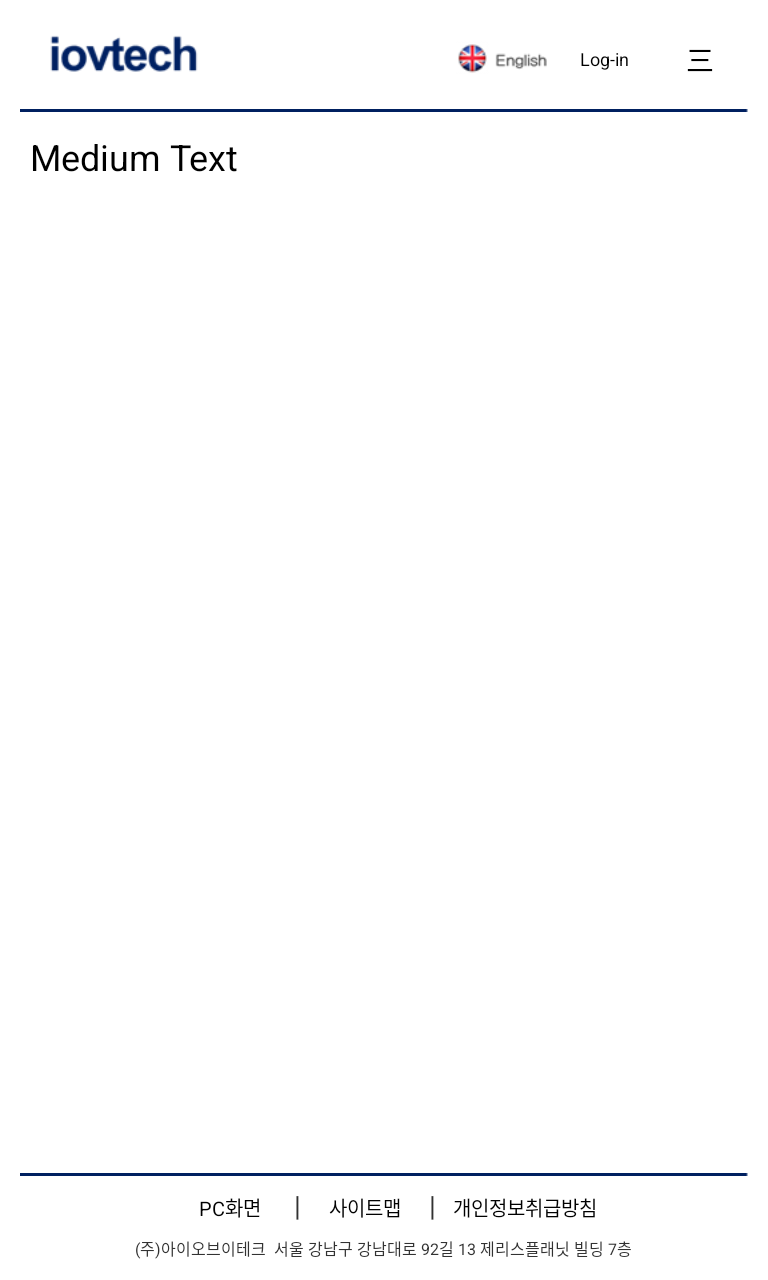
Repository: hyekkyung/CDH_Tutorials
Layout: Mobile_IOV/res/layout/test_page_1.xml
These files come from the project's save history. The layout is drawn as it stood at one moment and after the next save; the edit follows.
It is drawn on a 768 x 1280 px phone screen (xhdpi) without system bars, with theme AppTheme; the app's code is not run.

Above is the layout before, as saved 2015-02-02 07:06:10.

### Mobile_IOV/res/layout/test_page_1.xml
<?xml version="1.0" encoding="utf-8"?>
<RelativeLayout xmlns:android="http://schemas.android.com/apk/res/android"
    android:layout_width="match_parent"
    android:layout_height="match_parent"
    android:paddingLeft="10sp"
    android:paddingRight="10sp"
    android:paddingBottom="10sp"
    android:paddingTop="5sp" >

    <LinearLayout
        android:id="@+id/linearLayout1"
        android:layout_width="wrap_content"
        android:layout_height="wrap_content"
        android:layout_alignParentLeft="true"
        android:layout_alignParentRight="true"
        android:layout_alignParentTop="true" >

        <ImageButton
       		android:id="@+id/home_btn"
            style="?android:attr/buttonStyleSmall"
            android:layout_width="wrap_content"
            android:layout_height="wrap_content"
            android:background="#FFFFFF"
            android:src="@drawable/logo_03" />

        <ImageButton
       		android:id="@+id/kor_btn"
            style="?android:attr/buttonStyleSmall"
            android:layout_width="wrap_content"
            android:layout_height="wrap_content"
            android:background="#FFFFFF"
            android:layout_weight="0.5"
            android:layout_marginLeft="25sp"
            android:onClick="mOnclick" />

        <ImageView
       		android:id="@+id/lang_btn"
            android:layout_width="wrap_content"
            android:layout_height="wrap_content"
            android:background="@drawable/eng_btn"
            android:paddingLeft="3sp"
            android:onClick="mOnclick"
            android:layout_gravity="center" />

        <Button
       		android:id="@+id/join_btn"
            style="?android:attr/buttonStyleSmall"
            android:layout_width="wrap_content"
            android:layout_height="wrap_content"
            android:background="#FFFFFF"
            android:text="Log-in"
            android:textSize="9sp"
            android:layout_gravity="center" />

        <Button
       		android:id="@+id/sub_btn"
            style="?android:attr/buttonStyleSmall"
            android:layout_width="wrap_content"
            android:layout_height="wrap_content"
            android:background="#FFFFFF"
            android:text="三"
            android:layout_gravity="center" />

    </LinearLayout>

    <ImageView
        android:id="@+id/imageView1"
        android:layout_width="wrap_content"
        android:layout_height="wrap_content"
        android:layout_below="@+id/linearLayout1"
        android:layout_centerHorizontal="true"
        android:src="@drawable/sep_line" />

    <TextView
        android:id="@+id/textView1"
        android:layout_width="wrap_content"
        android:layout_height="wrap_content"
        android:layout_alignParentBottom="true"
        android:layout_centerHorizontal="true"
        android:paddingTop="5sp"
        android:text="(주)아이오브이테크  서울 강남구 강남대로 92길 13 제리스플래닛 빌딩 7층"
        android:textSize="8sp" />

    <LinearLayout
        android:id="@+id/linearLayout2"
        android:layout_width="wrap_content"
        android:layout_height="wrap_content"
        android:layout_above="@+id/textView1"
        android:layout_centerHorizontal="true" >

        <Button
            android:id="@+id/pc_btn"
            android:layout_width="wrap_content"
            android:layout_height="20sp"
            android:background="#FFFFFF"
            android:text=" PC화면 "
            android:textSize="10sp" />

        <TextView
            android:layout_width="wrap_content"
            android:layout_height="wrap_content"
            android:text="|"
            android:textAppearance="?android:attr/textAppearanceSmall" />

        <Button
            android:id="@+id/sitemap_btn"
            android:layout_width="wrap_content"
            android:layout_height="20sp"
            android:background="#FFFFFF"
            android:text=" 사이트맵 "
            android:textSize="10sp" />

        <TextView
            android:layout_width="wrap_content"
            android:layout_height="wrap_content"
            android:text="| "
            android:textAppearance="?android:attr/textAppearanceSmall" />

        <Button
            android:id="@+id/personal_btn"
            android:layout_width="wrap_content"
            android:layout_height="20sp"
            android:background="#FFFFFF"
            android:text="  개인정보취급방침 "
            android:textSize="10sp" />
    </LinearLayout>

    <ImageView
        android:id="@+id/imageView3"
        android:layout_width="wrap_content"
        android:layout_height="wrap_content"
        android:layout_above="@+id/linearLayout2"
        android:layout_alignLeft="@+id/imageView1"
        android:paddingTop="5sp"
        android:paddingBottom="5sp"
        android:src="@drawable/sep_line" />

    <LinearLayout
        android:layout_width="wrap_content"
        android:layout_height="wrap_content"
        android:layout_above="@+id/imageView3"
        android:layout_alignParentLeft="true"
        android:layout_alignRight="@+id/imageView3"
        android:layout_below="@+id/imageView1"
        android:paddingBottom="10sp"
        android:paddingRight="10sp"
        android:paddingLeft="5sp"
        android:paddingTop="10sp"
        android:orientation="vertical" >

        <TextView
            android:id="@+id/textView2"
            android:layout_width="wrap_content"
            android:layout_height="wrap_content"
            android:text="Medium Text"
            android:textAppearance="?android:attr/textAppearanceMedium" />

        <ScrollView
            android:id="@+id/scrollView1"
            android:layout_width="match_parent"
            android:layout_height="match_parent" >

            <LinearLayout
                android:layout_width="match_parent"
                android:layout_height="match_parent" >

                <LinearLayout
                    android:layout_width="wrap_content"
                    android:layout_height="match_parent"
                    android:orientation="vertical" >
                </LinearLayout>
            </LinearLayout>

        </ScrollView>

    </LinearLayout>

</RelativeLayout>

Loaded but not shown: Mobile_IOV/res/values/styles.xml (common file); Mobile_IOV/res/values-v11/styles.xml (common file); Mobile_IOV/res/values-v14/styles.xml (common file)

After the next save:
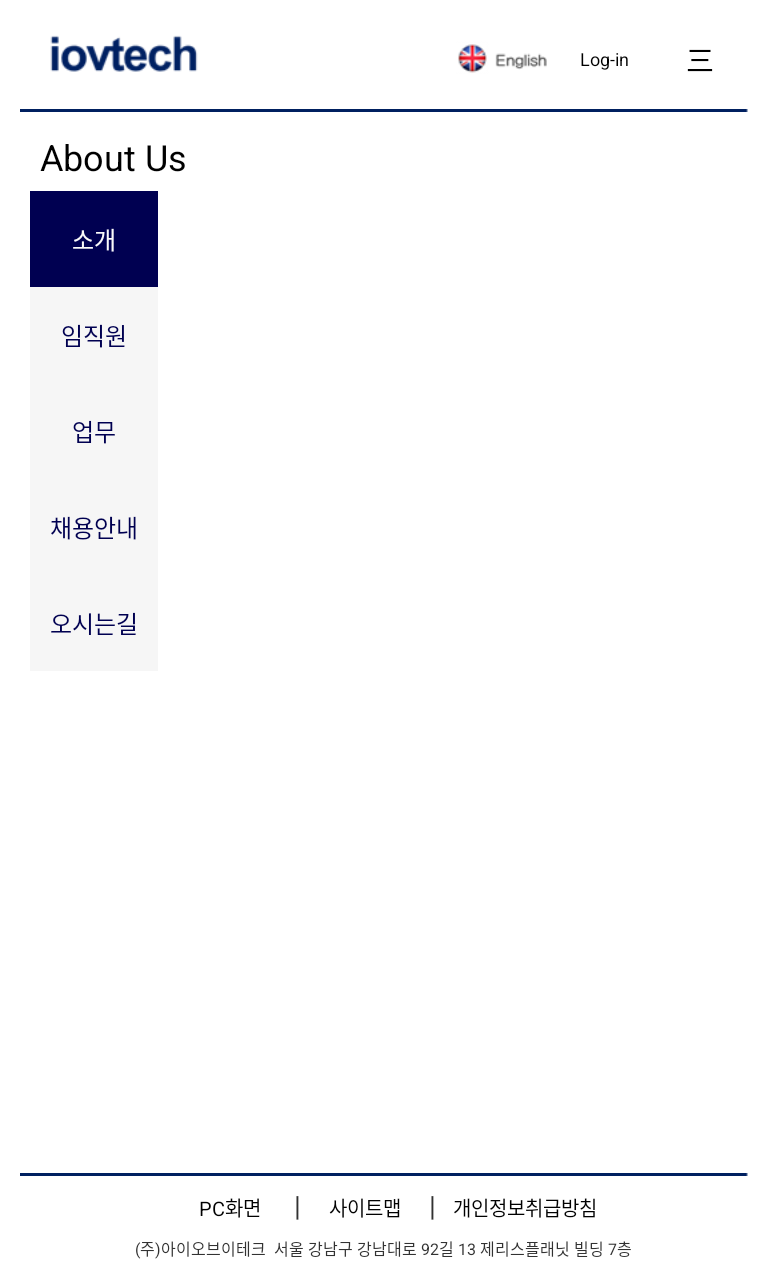
Saved 20 min 20 s later.
--- a/Mobile_IOV/res/layout/test_page_1.xml
+++ b/Mobile_IOV/res/layout/test_page_1.xml
@@ -152,26 +152,74 @@
             android:id="@+id/textView2"
             android:layout_width="wrap_content"
             android:layout_height="wrap_content"
-            android:text="Medium Text"
-            android:textAppearance="?android:attr/textAppearanceMedium" />
-
-        <ScrollView
-            android:id="@+id/scrollView1"
+            android:text="About Us"
+            android:textAppearance="?android:attr/textAppearanceMedium"
+            android:paddingLeft="5sp"
+            android:paddingBottom="5sp" />
+
+        <LinearLayout
             android:layout_width="match_parent"
             android:layout_height="match_parent" >
 
             <LinearLayout
+                android:layout_width="wrap_content"
+                android:layout_height="match_parent"
+                android:orientation="vertical" >
+
+                <Button
+                    android:id="@+id/i_1"
+                    android:layout_width="wrap_content"
+                    android:layout_height="wrap_content"
+                    android:text="소개"
+                    android:textSize="12sp"
+                    android:textColor="#FAFAFA"
+                    android:background="#000051" />
+
+                <Button
+                    android:id="@+id/i_2"
+                    android:layout_width="wrap_content"
+                    android:layout_height="wrap_content"
+                    android:background="#F6F6F6"
+                    android:text="임직원"
+                    android:textColor="#000051"
+                    android:textSize="12sp" />
+
+                <Button
+                    android:id="@+id/i_3"
+                    android:layout_width="wrap_content"
+                    android:layout_height="wrap_content"
+                    android:background="#F6F6F6"
+                    android:text="업무"
+                    android:textColor="#000051"
+                    android:textSize="12sp" />
+
+                <Button
+                    android:id="@+id/i_4"
+                    android:layout_width="wrap_content"
+                    android:layout_height="wrap_content"
+                    android:background="#F6F6F6"
+                    android:text="채용안내"
+                    android:textColor="#000051"
+                    android:textSize="12sp" />
+
+                <Button
+                    android:id="@+id/i_5"
+                    android:layout_width="wrap_content"
+                    android:layout_height="wrap_content"
+                    android:background="#F6F6F6"
+                    android:text="오시는길"
+                    android:textColor="#000051"
+                    android:textSize="12sp" />
+
+            </LinearLayout>
+
+            <ScrollView
+                android:id="@+id/scrollView1"
                 android:layout_width="match_parent"
                 android:layout_height="match_parent" >
-
-                <LinearLayout
-                    android:layout_width="wrap_content"
-                    android:layout_height="match_parent"
-                    android:orientation="vertical" >
-                </LinearLayout>
-            </LinearLayout>
-
-        </ScrollView>
+            </ScrollView>
+
+        </LinearLayout>
 
     </LinearLayout>
 
